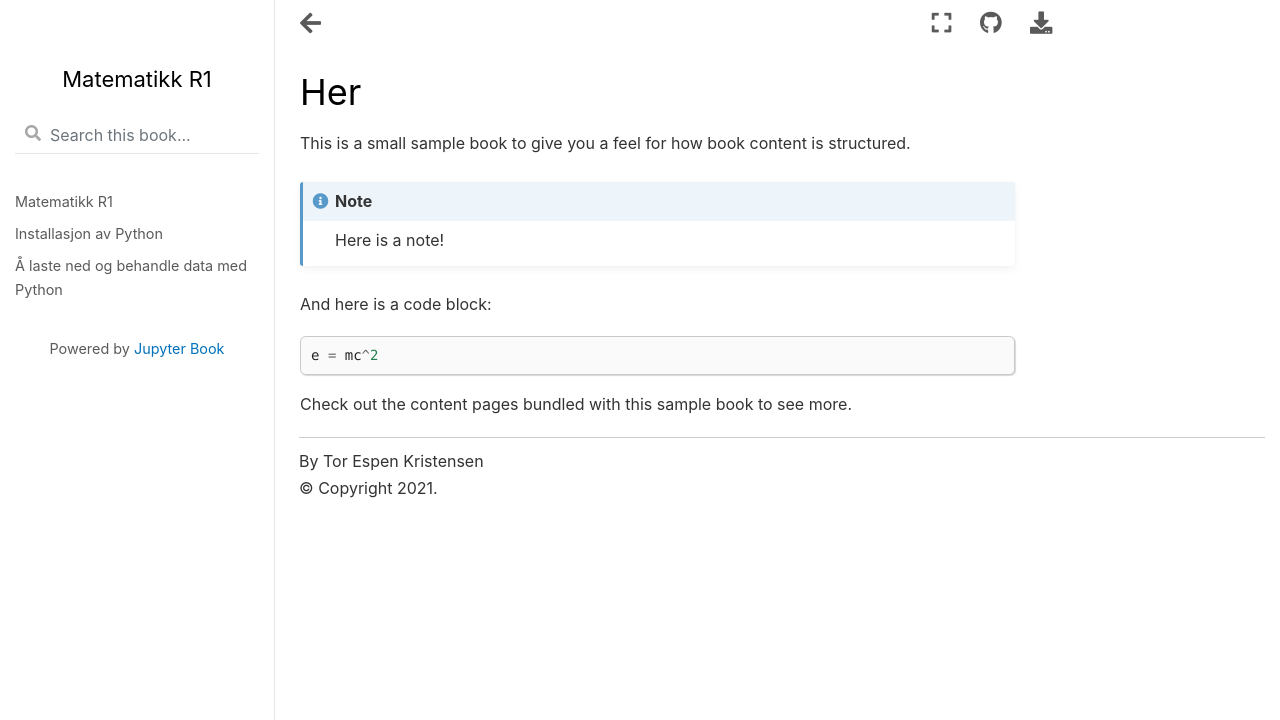
Repository: tork73/R1
Page: R1-programmering/_build/html/intro.html
The author's editor kept a copy of each file at every save. The page is drawn from the files as they stood at one save, then again after the next save.
The browser window is 1280 px wide. The pictures show the whole page.

Above is the page before, as saved 2022-01-31 10:32:18.

### R1-programmering/_build/html/intro.html

<!DOCTYPE html>

<html>
  <head>
    <meta charset="utf-8" />
    <meta name="viewport" content="width=device-width, initial-scale=1.0" />
    <title>Her &#8212; Matematikk R1</title>

  <link href="../_static/css/theme.css" rel="stylesheet">
  <link href="../_static/css/index.ff1ffe594081f20da1ef19478df9384b.css" rel="stylesheet">


  <link rel="stylesheet"
    href="../_static/vendor/fontawesome/5.13.0/css/all.min.css">
  <link rel="preload" as="font" type="font/woff2" crossorigin
    href="../_static/vendor/fontawesome/5.13.0/webfonts/fa-solid-900.woff2">
  <link rel="preload" as="font" type="font/woff2" crossorigin
    href="../_static/vendor/fontawesome/5.13.0/webfonts/fa-brands-400.woff2">





    <link rel="stylesheet" type="text/css" href="../_static/pygments.css" />
    <link rel="stylesheet" type="text/css" href="../_static/sphinx-book-theme.css?digest=c3fdc42140077d1ad13ad2f1588a4309" />
    <link rel="stylesheet" type="text/css" href="../_static/togglebutton.css" />
    <link rel="stylesheet" type="text/css" href="../_static/copybutton.css" />
    <link rel="stylesheet" type="text/css" href="../_static/mystnb.css" />
    <link rel="stylesheet" type="text/css" href="../_static/sphinx-thebe.css" />
    <link rel="stylesheet" type="text/css" href="../_static/proof.css" />
    <link rel="stylesheet" type="text/css" href="../_static/panels-main.c949a650a448cc0ae9fd3441c0e17fb0.css" />
    <link rel="stylesheet" type="text/css" href="../_static/panels-variables.06eb56fa6e07937060861dad626602ad.css" />

  <link rel="preload" as="script" href="../_static/js/index.be7d3bbb2ef33a8344ce.js">

    <script data-url_root="../" id="documentation_options" src="../_static/documentation_options.js"></script>
    <script src="../_static/jquery.js"></script>
    <script src="../_static/underscore.js"></script>
    <script src="../_static/doctools.js"></script>
    <script src="../_static/togglebutton.js"></script>
    <script src="../_static/clipboard.min.js"></script>
    <script src="../_static/copybutton.js"></script>
    <script>var togglebuttonSelector = '.toggle, .admonition.dropdown, .tag_hide_input div.cell_input, .tag_hide-input div.cell_input, .tag_hide_output div.cell_output, .tag_hide-output div.cell_output, .tag_hide_cell.cell, .tag_hide-cell.cell';</script>
    <script src="../_static/sphinx-book-theme.d59cb220de22ca1c485ebbdc042f0030.js"></script>
    <script async="async" src="https://unpkg.com/thebe@0.5.1/lib/index.js"></script>
    <script>
        const thebe_selector = ".thebe"
        const thebe_selector_input = "pre"
        const thebe_selector_output = ".output"
    </script>
    <script async="async" src="../_static/sphinx-thebe.js"></script>
    <link rel="index" title="Index" href="../genindex.html" />
    <link rel="search" title="Search" href="../search.html" />
    <meta name="viewport" content="width=device-width, initial-scale=1" />
    <meta name="docsearch:language" content="None">


    <!-- Google Analytics -->

  </head>
  <body data-spy="scroll" data-target="#bd-toc-nav" data-offset="80">

    <div class="container-fluid" id="banner"></div>



    <div class="container-xl">
      <div class="row">

<div class="col-12 col-md-3 bd-sidebar site-navigation show" id="site-navigation">

        <div class="navbar-brand-box">
    <a class="navbar-brand text-wrap" href="../index.html">



      <h1 class="site-logo" id="site-title">Matematikk R1</h1>

    </a>
</div><form class="bd-search d-flex align-items-center" action="../search.html" method="get">
  <i class="icon fas fa-search"></i>
  <input type="search" class="form-control" name="q" id="search-input" placeholder="Search this book..." aria-label="Search this book..." autocomplete="off" >
</form><nav class="bd-links" id="bd-docs-nav" aria-label="Main">
    <div class="bd-toc-item active">
        <ul class="nav bd-sidenav">
 <li class="toctree-l1">
  <a class="reference internal" href="../intro.html">
   Matematikk R1
  </a>
 </li>
</ul>
<ul class="nav bd-sidenav">
 <li class="toctree-l1">
  <a class="reference internal" href="../innledning-programmering.html">
   Installasjon av Python
  </a>
 </li>
 <li class="toctree-l1">
  <a class="reference internal" href="../data-pandas.html">
   Å laste ned og behandle data med Python
  </a>
 </li>
</ul>

    </div>
</nav> <!-- To handle the deprecated key -->

<div class="navbar_extra_footer">
  Powered by <a href="https://jupyterbook.org">Jupyter Book</a>
</div>

</div>






<main class="col py-md-3 pl-md-4 bd-content overflow-auto" role="main">

    <div class="topbar container-xl fixed-top">
    <div class="topbar-contents row">
        <div class="col-12 col-md-3 bd-topbar-whitespace site-navigation show"></div>
        <div class="col pl-md-4 topbar-main">

            <button id="navbar-toggler" class="navbar-toggler ml-0" type="button" data-toggle="collapse"
                data-toggle="tooltip" data-placement="bottom" data-target=".site-navigation" aria-controls="navbar-menu"
                aria-expanded="true" aria-label="Toggle navigation" aria-controls="site-navigation"
                title="Toggle navigation" data-toggle="tooltip" data-placement="left">
                <i class="fas fa-bars"></i>
                <i class="fas fa-arrow-left"></i>
                <i class="fas fa-arrow-up"></i>
            </button>


<div class="dropdown-buttons-trigger">
    <button id="dropdown-buttons-trigger" class="btn btn-secondary topbarbtn" aria-label="Download this page"><i
            class="fas fa-download"></i></button>

    <div class="dropdown-buttons">
        <!-- ipynb file if we had a myst markdown file -->

        <!-- Download raw file -->
        <a class="dropdown-buttons" href="../_sources/.history/intro_20220131103218.md"><button type="button"
                class="btn btn-secondary topbarbtn" title="Download source file" data-toggle="tooltip"
                data-placement="left">.md</button></a>
        <!-- Download PDF via print -->
        <button type="button" id="download-print" class="btn btn-secondary topbarbtn" title="Print to PDF"
                onclick="printPdf(this)" data-toggle="tooltip" data-placement="left">.pdf</button>
    </div>
</div>

            <!-- Source interaction buttons -->

<div class="dropdown-buttons-trigger">
    <button id="dropdown-buttons-trigger" class="btn btn-secondary topbarbtn"
        aria-label="Connect with source repository"><i class="fab fa-github"></i></button>
    <div class="dropdown-buttons sourcebuttons">
        <a class="repository-button"
            href="https://github.com/executablebooks/jupyter-book"><button type="button" class="btn btn-secondary topbarbtn"
                data-toggle="tooltip" data-placement="left" title="Source repository"><i
                    class="fab fa-github"></i>repository</button></a>
        <a class="issues-button"
            href="https://github.com/executablebooks/jupyter-book/issues/new?title=Issue%20on%20page%20%2F.history/intro_20220131103218.html&body=Your%20issue%20content%20here."><button
                type="button" class="btn btn-secondary topbarbtn" data-toggle="tooltip" data-placement="left"
                title="Open an issue"><i class="fas fa-lightbulb"></i>open issue</button></a>

    </div>
</div>

            <!-- Full screen (wrap in <a> to have style consistency -->

<a class="full-screen-button"><button type="button" class="btn btn-secondary topbarbtn" data-toggle="tooltip"
        data-placement="bottom" onclick="toggleFullScreen()" aria-label="Fullscreen mode"
        title="Fullscreen mode"><i
            class="fas fa-expand"></i></button></a>

            <!-- Launch buttons -->

        </div>

        <!-- Table of contents -->
        <div class="d-none d-md-block col-md-2 bd-toc show noprint">

        </div>
    </div>
</div>
    <div id="main-content" class="row">
        <div class="col-12 col-md-9 pl-md-3 pr-md-0">
            <!-- Table of contents that is only displayed when printing the page -->
            <div id="jb-print-docs-body" class="onlyprint">
                <h1>Her</h1>
                <!-- Table of contents -->
                <div id="print-main-content">
                    <div id="jb-print-toc">

                    </div>
                </div>
            </div>

              <div>

  <div class="tex2jax_ignore mathjax_ignore section" id="her">
<h1>Her<a class="headerlink" href="#her" title="Permalink to this headline">¶</a></h1>
<p>This is a small sample book to give you a feel for how book content is
structured.</p>
<div class="admonition note">
<p class="admonition-title">Note</p>
<p>Here is a note!</p>
</div>
<p>And here is a code block:</p>
<div class="highlight-default notranslate"><div class="highlight"><pre><span></span><span class="n">e</span> <span class="o">=</span> <span class="n">mc</span><span class="o">^</span><span class="mi">2</span>
</pre></div>
</div>
<p>Check out the content pages bundled with this sample book to see more.</p>
</div>

    <script type="text/x-thebe-config">
    {
        requestKernel: true,
        binderOptions: {
            repo: "binder-examples/jupyter-stacks-datascience",
            ref: "master",
        },
        codeMirrorConfig: {
            theme: "abcdef",
            mode: "python"
        },
        kernelOptions: {
            kernelName: "python3",
            path: "./.history"
        },
        predefinedOutput: true
    }
    </script>
    <script>kernelName = 'python3'</script>

              </div>


                <!-- Previous / next buttons -->
<div class='prev-next-area'>
</div>

        </div>
    </div>
    <footer class="footer">
  <p>

      By Tor Espen Kristensen<br/>

        &copy; Copyright 2021.<br/>
  </p>
</footer>
</main>


      </div>
    </div>

  <script src="../_static/js/index.be7d3bbb2ef33a8344ce.js"></script>

  </body>
</html>

### R1-programmering/_build/html/_static/togglebutton.css
/* Visibility of the target */
.toggle, div.admonition.toggle .admonition-title ~ * {
    transition: opacity .5s, height .5s;
}

.toggle-hidden:not(.admonition) {
    visibility: hidden;
    opacity: 0;
    height: 1.5em;
    margin: 0px;
    padding: 0px;
}

/* Overrides for admonition toggles */

/* Titles should cut off earlier to avoid overlapping w/ button */
div.admonition.toggle p.admonition-title {
    padding-right: 25%;
}

/* hides all the content of a page until de-toggled */
div.admonition.toggle-hidden .admonition-title ~ * {
    height: 0;
    margin: 0;
    float: left; /* so they overlap when hidden */
    opacity: 0;
    visibility: hidden;
}

/* Toggle buttons inside admonitions so we see the title */
.toggle.admonition {
    position: relative;
}

.toggle.admonition.admonition-title:after {
    content: "" !important;
}

/* Note, we'll over-ride this in sphinx-book-theme */
.toggle.admonition button.toggle-button {
    margin-right: 0.5em;
    right: 0em;
    position: absolute;
    top: .2em;
}

/* General button style */
button.toggle-button {
    background: #999;
    border: none;
    z-index: 100;
    right: -2.5em;
    margin-left: -2.5em; /* A hack to keep code blocks from being pushed left */
    position: relative;
    float: right;
    border-radius: 100%;
    width: 1.5em;
    height: 1.5em;
    padding: 0px;
}

@media (min-width: 768px) {
    button.toggle-button.toggle-button-hidden:before {
        content: "Click to show";
        position: absolute;
        font-size: .8em;
        left: -6.5em;
        bottom: .4em;
    }
}


/* Plus / minus toggles */
.toggle-button .bar {
    background-color: white;
    position: absolute;
    left: 15%;
    top: 43%;
    width: 16px;
    height: 3px;
}

.toggle-button .vertical {
    transition: all 0.25s ease-in-out;
    transform-origin: center;
}

.toggle-button-hidden .vertical {
    transform: rotate(-90deg);
}

### R1-programmering/_build/html/_static/copybutton.css
/* Copy buttons */
button.copybtn {
    position: absolute;
    display: flex;
    top: .3em;
    right: .5em;
    width: 1.7em;
    height: 1.7em;
	opacity: 0;
    transition: opacity 0.3s, border .3s, background-color .3s;
    user-select: none;
    padding: 0;
    border: none;
    outline: none;
    border-radius: 0.4em;
    border: #e1e1e1 1px solid;
    background-color: rgb(245, 245, 245);
}

button.copybtn.success {
    border-color: #22863a;
}

button.copybtn img {
    width: 100%;
    padding: .2em;
}

div.highlight  {
    position: relative;
}

.highlight:hover button.copybtn {
	opacity: 1;
}

.highlight button.copybtn:hover {
    background-color: rgb(235, 235, 235);
}

.highlight button.copybtn:active {
    background-color: rgb(187, 187, 187);
}

/**
 * A minimal CSS-only tooltip copied from:
 *   https://codepen.io/mildrenben/pen/rVBrpK
 *
 * To use, write HTML like the following:
 *
 * <p class="o-tooltip--left" data-tooltip="Hey">Short</p>
 */
 .o-tooltip--left {
  position: relative;
 }

 .o-tooltip--left:after {
    opacity: 0;
    visibility: hidden;
    position: absolute;
    content: attr(data-tooltip);
    padding: .2em;
    font-size: .8em;
    left: -.2em;
    background: grey;
    color: white;
    white-space: nowrap;
    z-index: 2;
    border-radius: 2px;
    transform: translateX(-102%) translateY(0);
    transition: opacity 0.2s cubic-bezier(0.64, 0.09, 0.08, 1), transform 0.2s cubic-bezier(0.64, 0.09, 0.08, 1);
}

.o-tooltip--left:hover:after {
    display: block;
    opacity: 1;
    visibility: visible;
    transform: translateX(-100%) translateY(0);
    transition: opacity 0.2s cubic-bezier(0.64, 0.09, 0.08, 1), transform 0.2s cubic-bezier(0.64, 0.09, 0.08, 1);
    transition-delay: .5s;
}

### R1-programmering/_build/html/_static/sphinx-thebe.css
/* Thebelab Buttons */
.thebelab-button {
    z-index: 999;
    display: inline-block;
    padding: 0.35em 1.2em;
    margin: 0px 1px;
    border-radius: 0.12em;
    box-sizing:  border-box;
    text-decoration: none;
    font-family: 'Roboto', sans-serif;
    font-weight: 300;
    text-align: center;
    transition: all 0.2s;
    background-color: #dddddd;
    border: 0.05em solid white;
    color: #000000;
}

.thebelab-button:hover{
    border: 0.05em solid black;
    background-color: #fcfcfc;
}

.thebe-launch-button {
    height: 2.2em;
    font-size: .8em;
    border: 1px black solid;
}

/* Thebelab Cell */
.thebelab-cell pre {
  background: none;
}

.thebelab-cell .thebelab-input {
    padding-left: 1em;
    margin-bottom: .5em;
    margin-top: .5em;
}

.thebelab-cell .jp-OutputArea {
    margin-top: .5em;
    margin-left: 1em;
}

button.thebelab-button.thebelab-run-button {
    margin-left: 1.5em;
    margin-bottom: .5em;
}

/* Loading button */
button.thebe-launch-button div.spinner {
    float: left;
    margin-right: 1em;
}

/* Remove the spinner when thebelab is ready */
.thebe-launch-button.thebe-status-ready .spinner {
    display: none;
}

.thebe-launch-button span.status {
    font-family: monospace;
    font-weight: bold;
}

.thebe-launch-button.thebe-status-ready span.status {
    color: green;
}

.spinner {
    height: 2em;
    text-align: center;
    font-size: 0.7em;
  }

  .spinner > div {
    background-color: #F37726;
    height: 100%;
    width: 6px;
    display: inline-block;

    -webkit-animation: sk-stretchdelay 1.2s infinite ease-in-out;
    animation: sk-stretchdelay 1.2s infinite ease-in-out;
  }

  .spinner .rect2 {
    -webkit-animation-delay: -1.1s;
    animation-delay: -1.1s;
  }

  .spinner .rect3 {
    -webkit-animation-delay: -1.0s;
    animation-delay: -1.0s;
  }

  .spinner .rect4 {
    -webkit-animation-delay: -0.9s;
    animation-delay: -0.9s;
  }

  .spinner .rect5 {
    -webkit-animation-delay: -0.8s;
    animation-delay: -0.8s;
  }

  @-webkit-keyframes sk-stretchdelay {
    0%, 40%, 100% { -webkit-transform: scaleY(0.4) }
    20% { -webkit-transform: scaleY(1.0) }
  }

  @keyframes sk-stretchdelay {
    0%, 40%, 100% {
      transform: scaleY(0.4);
      -webkit-transform: scaleY(0.4);
    }  20% {
      transform: scaleY(1.0);
      -webkit-transform: scaleY(1.0);
    }
  }

### R1-programmering/_build/html/_static/panels-main.c949a650a448cc0ae9fd3441c0e17fb0.css
details.dropdown .summary-title{padding-right:3em !important;-moz-user-select:none;-ms-user-select:none;-webkit-user-select:none;user-select:none}details.dropdown:hover{cursor:pointer}details.dropdown .summary-content{cursor:default}details.dropdown summary{list-style:none;padding:1em}details.dropdown summary .octicon.no-title{vertical-align:middle}details.dropdown[open] summary .octicon.no-title{visibility:hidden}details.dropdown summary::-webkit-details-marker{display:none}details.dropdown summary:focus{outline:none}details.dropdown summary:hover .summary-up svg,details.dropdown summary:hover .summary-down svg{opacity:1}details.dropdown .summary-up svg,details.dropdown .summary-down svg{display:block;opacity:.6}details.dropdown .summary-up,details.dropdown .summary-down{pointer-events:none;position:absolute;right:1em;top:.75em}details.dropdown[open] .summary-down{visibility:hidden}details.dropdown:not([open]) .summary-up{visibility:hidden}details.dropdown.fade-in[open] summary~*{-moz-animation:panels-fade-in .5s ease-in-out;-webkit-animation:panels-fade-in .5s ease-in-out;animation:panels-fade-in .5s ease-in-out}details.dropdown.fade-in-slide-down[open] summary~*{-moz-animation:panels-fade-in .5s ease-in-out, panels-slide-down .5s ease-in-out;-webkit-animation:panels-fade-in .5s ease-in-out, panels-slide-down .5s ease-in-out;animation:panels-fade-in .5s ease-in-out, panels-slide-down .5s ease-in-out}@keyframes panels-fade-in{0%{opacity:0}100%{opacity:1}}@keyframes panels-slide-down{0%{transform:translate(0, -10px)}100%{transform:translate(0, 0)}}.octicon{display:inline-block;fill:currentColor;vertical-align:text-top}.tabbed-content{box-shadow:0 -.0625rem var(--tabs-color-overline),0 .0625rem var(--tabs-color-underline);display:none;order:99;padding-bottom:.75rem;padding-top:.75rem;width:100%}.tabbed-content>:first-child{margin-top:0 !important}.tabbed-content>:last-child{margin-bottom:0 !important}.tabbed-content>.tabbed-set{margin:0}.tabbed-set{border-radius:.125rem;display:flex;flex-wrap:wrap;margin:1em 0;position:relative}.tabbed-set>input{opacity:0;position:absolute}.tabbed-set>input:checked+label{border-color:var(--tabs-color-label-active);color:var(--tabs-color-label-active)}.tabbed-set>input:checked+label+.tabbed-content{display:block}.tabbed-set>input:focus+label{outline-style:auto}.tabbed-set>input:not(.focus-visible)+label{outline:none;-webkit-tap-highlight-color:transparent}.tabbed-set>label{border-bottom:.125rem solid transparent;color:var(--tabs-color-label-inactive);cursor:pointer;font-size:var(--tabs-size-label);font-weight:700;padding:1em 1.25em .5em;transition:color 250ms;width:auto;z-index:1}html .tabbed-set>label:hover{color:var(--tabs-color-label-active)}

Loaded but not shown: R1-programmering/_build/html/_static/css/index.ff1ffe594081f20da1ef19478df9384b.css (library); R1-programmering/_build/html/_static/vendor/fontawesome/5.13.0/css/all.min.css (library); R1-programmering/_build/html/_static/sphinx-book-theme.css (library); R1-programmering/_build/html/_static/panels-variables.06eb56fa6e07937060861dad626602ad.css (common file); R1-programmering/_build/html/_static/js/index.be7d3bbb2ef33a8344ce.js (library); R1-programmering/_build/html/_static/documentation_options.js (common file); R1-programmering/_build/html/_static/jquery.js (library); R1-programmering/_build/html/_static/underscore.js (library); R1-programmering/_build/html/_static/clipboard.min.js (library); R1-programmering/_build/html/_static/doctools.js (323 lines, source omitted); R1-programmering/_build/html/_static/copybutton.js (197 lines, source omitted); R1-programmering/_build/html/_static/sphinx-thebe.js (96 lines, source omitted); R1-programmering/_build/html/_static/sphinx-book-theme.d59cb220de22ca1c485ebbdc042f0030.js (22 lines, source omitted); R1-programmering/_build/html/_static/togglebutton.js (76 lines, source omitted); R1-programmering/_build/html/_static/basic.css (905 lines, source omitted); R1-programmering/_build/html/_static/proof.css (196 lines, source omitted); R1-programmering/_build/html/_static/css/theme.css (120 lines, source omitted); R1-programmering/_build/html/_static/pygments.css (69 lines, source omitted); R1-programmering/_build/html/_static/mystnb.css (183 lines, source omitted)

After the next save:
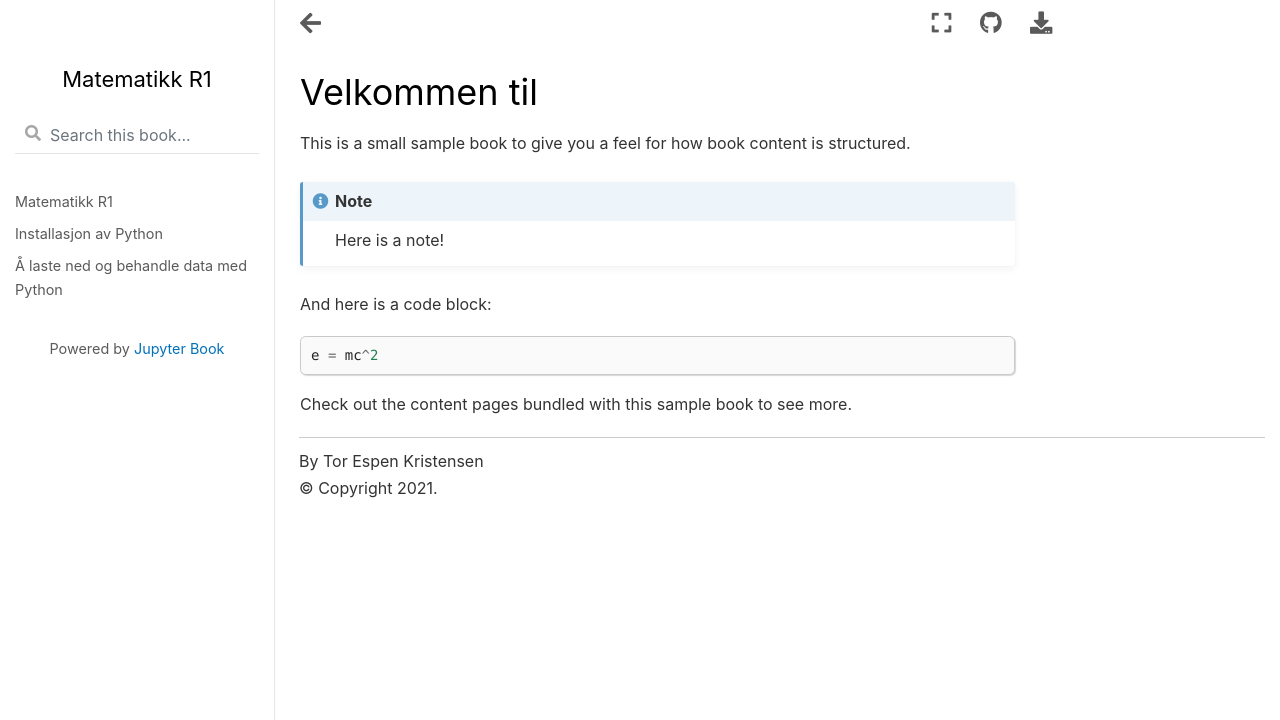
Saved 7 s later.
--- a/R1-programmering/_build/html/intro.html
+++ b/R1-programmering/_build/html/intro.html
@@ -5,7 +5,7 @@
   <head>
     <meta charset="utf-8" />
     <meta name="viewport" content="width=device-width, initial-scale=1.0" />
-    <title>Her &#8212; Matematikk R1</title>
+    <title>Velkommen til &#8212; Matematikk R1</title>
 
   <link href="../_static/css/theme.css" rel="stylesheet">
   <link href="../_static/css/index.ff1ffe594081f20da1ef19478df9384b.css" rel="stylesheet">
@@ -142,7 +142,7 @@
         <!-- ipynb file if we had a myst markdown file -->
 
         <!-- Download raw file -->
-        <a class="dropdown-buttons" href="../_sources/.history/intro_20220131103218.md"><button type="button"
+        <a class="dropdown-buttons" href="../_sources/.history/intro_20220131103225.md"><button type="button"
                 class="btn btn-secondary topbarbtn" title="Download source file" data-toggle="tooltip"
                 data-placement="left">.md</button></a>
         <!-- Download PDF via print -->
@@ -162,7 +162,7 @@
                 data-toggle="tooltip" data-placement="left" title="Source repository"><i
                     class="fab fa-github"></i>repository</button></a>
         <a class="issues-button"
-            href="https://github.com/executablebooks/jupyter-book/issues/new?title=Issue%20on%20page%20%2F.history/intro_20220131103218.html&body=Your%20issue%20content%20here."><button
+            href="https://github.com/executablebooks/jupyter-book/issues/new?title=Issue%20on%20page%20%2F.history/intro_20220131103225.html&body=Your%20issue%20content%20here."><button
                 type="button" class="btn btn-secondary topbarbtn" data-toggle="tooltip" data-placement="left"
                 title="Open an issue"><i class="fas fa-lightbulb"></i>open issue</button></a>
 
@@ -190,7 +190,7 @@
         <div class="col-12 col-md-9 pl-md-3 pr-md-0">
             <!-- Table of contents that is only displayed when printing the page -->
             <div id="jb-print-docs-body" class="onlyprint">
-                <h1>Her</h1>
+                <h1>Velkommen til</h1>
                 <!-- Table of contents -->
                 <div id="print-main-content">
                     <div id="jb-print-toc">
@@ -201,8 +201,8 @@
 
               <div>
 
-  <div class="tex2jax_ignore mathjax_ignore section" id="her">
-<h1>Her<a class="headerlink" href="#her" title="Permalink to this headline">¶</a></h1>
+  <div class="tex2jax_ignore mathjax_ignore section" id="velkommen-til">
+<h1>Velkommen til<a class="headerlink" href="#velkommen-til" title="Permalink to this headline">¶</a></h1>
 <p>This is a small sample book to give you a feel for how book content is
 structured.</p>
 <div class="admonition note">
